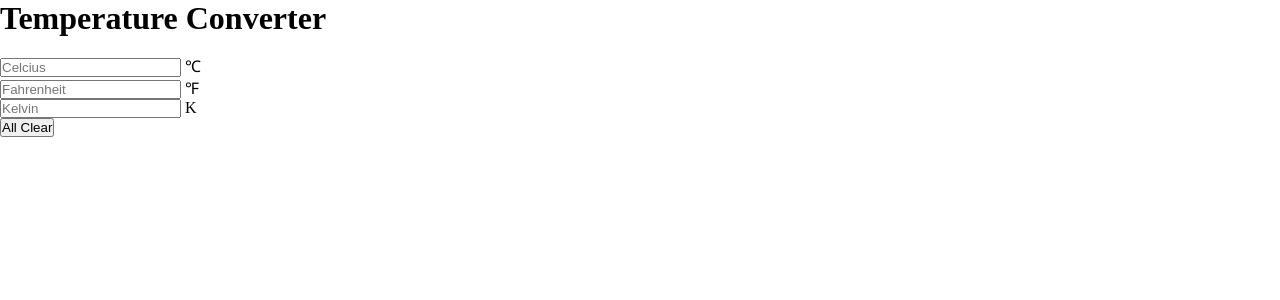
Repository: kiranjeetkaur01/tempconverter.github.io
Page: index.html
These files come from the project's save history. The page is drawn as it stood at one moment and after the next save; the edit follows.
The browser window is 1280 px wide. The pictures show the whole page.

Above is the page before, as saved 2023-09-27 12:06:19.

### index.html
<!DOCTYPE html>
<html lang="en">
  <head>
    <meta charset="UTF-8" />
    <meta name="viewport" content="width=device-width, initial-scale=1.0" />
    <title>Temperature Converter</title>
    <link rel="stylesheet" href="style.css" />
    <link
      rel="stylesheet"
      href="https://cdnjs.cloudflare.com/ajax/libs/font-awesome/6.4.2/css/all.min.css"
      integrity="sha512-z3gLpd7yknf1YoNbCzqRKc4qyor8gaKU1qmn+CShxbuBusANI9QpRohGBreCFkKxLhei6S9CQXFEbbKuqLg0DA=="
      crossorigin="anonymous"
      referrerpolicy="no-referrer" />
  </head>
  <body>
    <div class="container">
      <div class="title">
        <h1>Temperature Converter</h1>
        <span class="temperature-icon"
          ><i class="fa-solid fa-temperature-list"></i
        ></span>
      </div>
      <div id="celcius">
        <input type="number" name="" placeholder="Celcius">
        <span class="icon">&#8451</span>
      </div>
    </div>
      <div id="fahrenheit">
        <input type="number" name="" placeholder="Fahrenheit">
        <span class="icon">&#8457</span>
      </div>
    </div>
      <div id="kelvin">
        <input type="number" name="" placeholder="Kelvin">
        <span class="icon">&#8490</span>
      </div>
      <div class="button">
        <button>All Clear</button>
      </div>
    </div>
  </body>
</html>

### style.css
* {
  margin: 0;
  padding: 0;
  box-sizing: border-box;
}
html,
body {
  height: 100%;
  width: 100%;
}

After the next save:
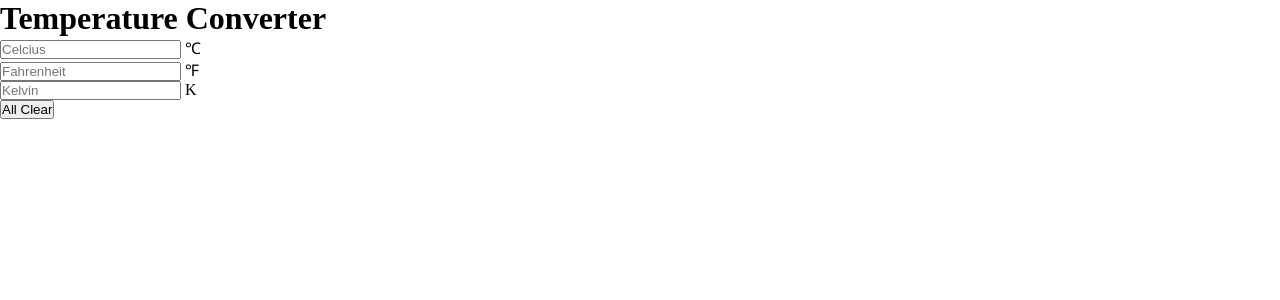
Saved 73 s later.
--- a/index.html
+++ b/index.html
@@ -17,8 +17,7 @@
       <div class="title">
         <h1>Temperature Converter</h1>
         <span class="temperature-icon"
-          ><i class="fa-solid fa-temperature-list"></i
-        ></span>
+          ></span>
       </div>
       <div id="celcius">
         <input type="number" name="" placeholder="Celcius">

After the save that followed:
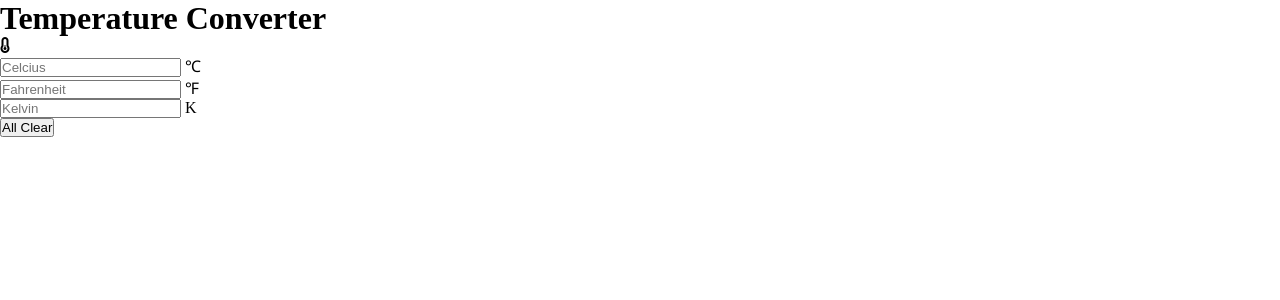
Saved 47 s later.
--- a/index.html
+++ b/index.html
@@ -17,7 +17,7 @@
       <div class="title">
         <h1>Temperature Converter</h1>
         <span class="temperature-icon"
-          ></span>
+          ><i class="fa-solid fa-temperature-quarter"></i></span>
       </div>
       <div id="celcius">
         <input type="number" name="" placeholder="Celcius">
